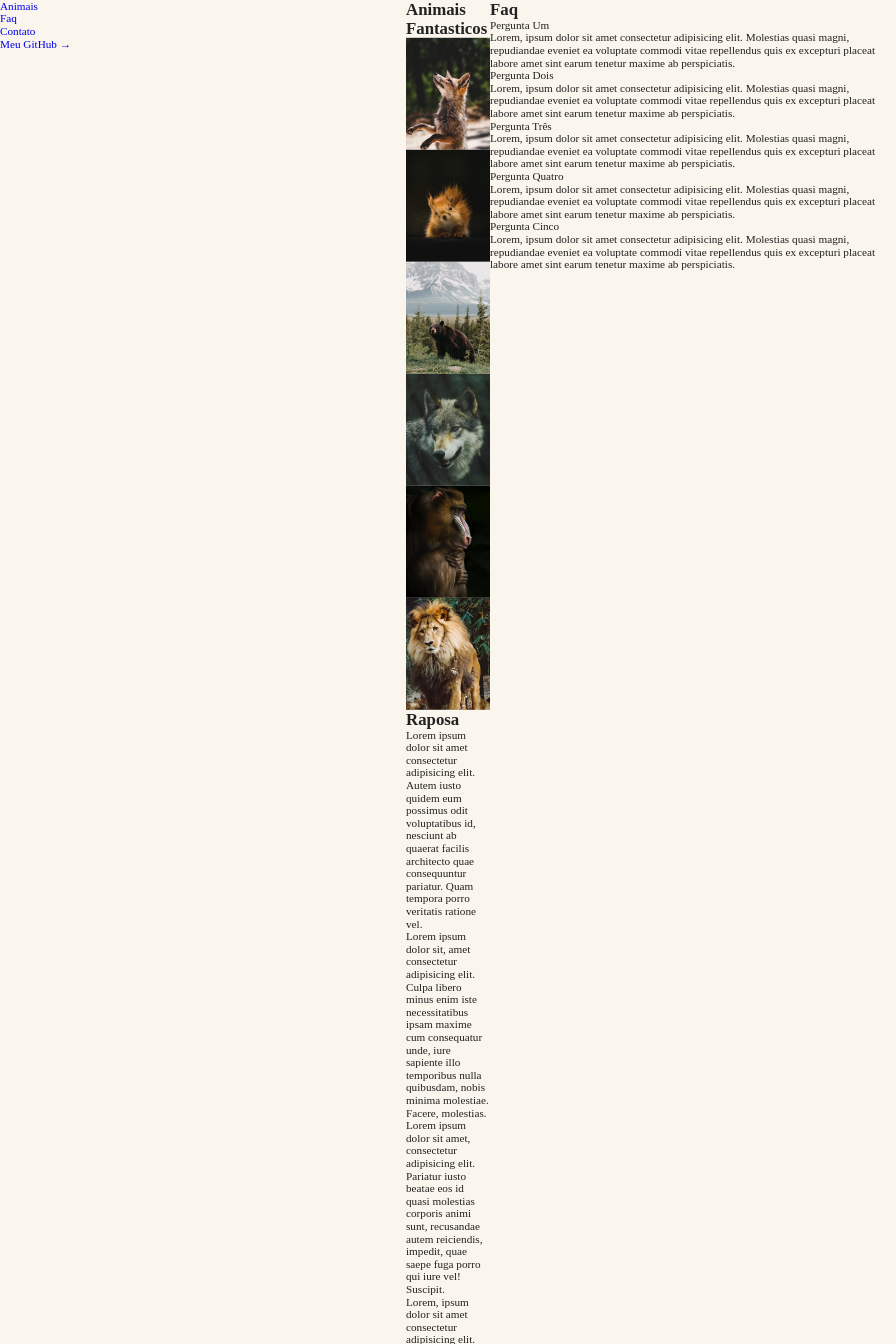
Repository: meiotera/animaisPagina
Page: index.html
These files come from the project's save history. The page is drawn as it stood at one moment and after the next save; the edit follows.
The browser window is 1280 px wide. The pictures show the part of the page from y = 0 to 1920 px (the page is 8744 px tall before and 7908 px after), at 70% of full size.

Above is the page before, as saved 2025-05-02 09:45:52.

### index.html
<!DOCTYPE html>
<html lang="en">

<head>
  <meta charset="UTF-8">
  <meta name="viewport" content="width=device-width, initial-scale=1.0">

  <link rel="stylesheet" href="css/style.css">
  <title>Animais</title>
</head>

<body>

  <nav>
    <ul>
      <li><a href="#animais">Animais</a></li>
      <li><a href="#faq">Faq</a></li>
      <li><a href="#contato">Contato</a></li>
      <li><a href="https://github.com/meiotera">Meu GitHub &rarr;</a></li>
    </ul>
  </nav>

  <section class="grid-section animais" id="animais">
    <h1 class="titulo">Animais Fantasticos</h1>

    <ul>
      <li><img src="./img/imagem1.jpg" alt=""></li>
      <li><img src="./img/imagem2.jpg" alt=""></li>
      <li><img src="./img/imagem3.jpg" alt=""></li>
      <li><img src="./img/imagem4.jpg" alt=""></li>
      <li><img src="./img/imagem5.jpg" alt=""></li>
      <li><img src="./img/imagem6.jpg" alt=""></li>
    </ul>

    <div class="animais-descricao">
      <section>
        <h2>Raposa</h2>
        <p>Lorem ipsum dolor sit amet consectetur adipisicing elit. Autem iusto quidem eum possimus odit voluptatibus id, nesciunt ab quaerat facilis architecto quae consequuntur pariatur. Quam tempora porro veritatis ratione vel.</p>
        <p>Lorem ipsum dolor sit, amet consectetur adipisicing elit. Culpa libero minus enim iste necessitatibus ipsam maxime cum consequatur unde, iure sapiente illo temporibus nulla quibusdam, nobis minima molestiae. Facere, molestias.</p>
        <p>Lorem ipsum dolor sit amet, consectetur adipisicing elit. Pariatur iusto beatae eos id quasi molestias corporis animi sunt, recusandae autem reiciendis, impedit, quae saepe fuga porro qui iure vel! Suscipit.</p>
        <p>Lorem, ipsum dolor sit amet consectetur adipisicing elit. Quo iusto repellendus, perferendis deserunt eaque atque, sint numquam in quibusdam voluptatem aut quidem error et fuga mollitia quasi. Non, dignissimos corporis?</p>
      </section>

      <section>
        <h2>Esquilo</h2>
        <p>Lorem ipsum dolor sit amet consectetur adipisicing elit. Autem iusto quidem eum possimus odit voluptatibus id, nesciunt ab quaerat facilis architecto quae consequuntur pariatur. Quam tempora porro veritatis ratione vel.</p>
        <p>Lorem ipsum dolor sit, amet consectetur adipisicing elit. Culpa libero minus enim iste necessitatibus ipsam maxime cum consequatur unde, iure sapiente illo temporibus nulla quibusdam, nobis minima molestiae. Facere, molestias.</p>
        <p>Lorem ipsum dolor sit amet, consectetur adipisicing elit. Pariatur iusto beatae eos id quasi molestias corporis animi sunt, recusandae autem reiciendis, impedit, quae saepe fuga porro qui iure vel! Suscipit.</p>
        <p>Lorem, ipsum dolor sit amet consectetur adipisicing elit. Quo iusto repellendus, perferendis deserunt eaque atque, sint numquam in quibusdam voluptatem aut quidem error et fuga mollitia quasi. Non, dignissimos corporis?</p>
      </section>

      <section>
        <h2>Urso</h2>
        <p>Lorem ipsum dolor sit amet consectetur adipisicing elit. Autem iusto quidem eum possimus odit voluptatibus id, nesciunt ab quaerat facilis architecto quae consequuntur pariatur. Quam tempora porro veritatis ratione vel.</p>
        <p>Lorem ipsum dolor sit, amet consectetur adipisicing elit. Culpa libero minus enim iste necessitatibus ipsam maxime cum consequatur unde, iure sapiente illo temporibus nulla quibusdam, nobis minima molestiae. Facere, molestias.</p>
        <p>Lorem ipsum dolor sit amet, consectetur adipisicing elit. Pariatur iusto beatae eos id quasi molestias corporis animi sunt, recusandae autem reiciendis, impedit, quae saepe fuga porro qui iure vel! Suscipit.</p>
        <p>Lorem, ipsum dolor sit amet consectetur adipisicing elit. Quo iusto repellendus, perferendis deserunt eaque atque, sint numquam in quibusdam voluptatem aut quidem error et fuga mollitia quasi. Non, dignissimos corporis?</p>
      </section>

      <section>
        <h2>Lobo</h2>
        <p>Lorem ipsum dolor sit amet consectetur adipisicing elit. Autem iusto quidem eum possimus odit voluptatibus id, nesciunt ab quaerat facilis architecto quae consequuntur pariatur. Quam tempora porro veritatis ratione vel.</p>
        <p>Lorem ipsum dolor sit, amet consectetur adipisicing elit. Culpa libero minus enim iste necessitatibus ipsam maxime cum consequatur unde, iure sapiente illo temporibus nulla quibusdam, nobis minima molestiae. Facere, molestias.</p>
        <p>Lorem ipsum dolor sit amet, consectetur adipisicing elit. Pariatur iusto beatae eos id quasi molestias corporis animi sunt, recusandae autem reiciendis, impedit, quae saepe fuga porro qui iure vel! Suscipit.</p>
        <p>Lorem, ipsum dolor sit amet consectetur adipisicing elit. Quo iusto repellendus, perferendis deserunt eaque atque, sint numquam in quibusdam voluptatem aut quidem error et fuga mollitia quasi. Non, dignissimos corporis?</p>
      </section>

      <section>
        <h2>Macaco</h2>
        <p>Lorem ipsum dolor sit amet consectetur adipisicing elit. Autem iusto quidem eum possimus odit voluptatibus id, nesciunt ab quaerat facilis architecto quae consequuntur pariatur. Quam tempora porro veritatis ratione vel.</p>
        <p>Lorem ipsum dolor sit, amet consectetur adipisicing elit. Culpa libero minus enim iste necessitatibus ipsam maxime cum consequatur unde, iure sapiente illo temporibus nulla quibusdam, nobis minima molestiae. Facere, molestias.</p>
        <p>Lorem ipsum dolor sit amet, consectetur adipisicing elit. Pariatur iusto beatae eos id quasi molestias corporis animi sunt, recusandae autem reiciendis, impedit, quae saepe fuga porro qui iure vel! Suscipit.</p>
        <p>Lorem, ipsum dolor sit amet consectetur adipisicing elit. Quo iusto repellendus, perferendis deserunt eaque atque, sint numquam in quibusdam voluptatem aut quidem error et fuga mollitia quasi. Non, dignissimos corporis?</p>
      </section>

      <section>
        <h2>Leão</h2>
        <p>Lorem ipsum dolor sit amet consectetur adipisicing elit. Autem iusto quidem eum possimus odit voluptatibus id, nesciunt ab quaerat facilis architecto quae consequuntur pariatur. Quam tempora porro veritatis ratione vel.</p>
        <p>Lorem ipsum dolor sit, amet consectetur adipisicing elit. Culpa libero minus enim iste necessitatibus ipsam maxime cum consequatur unde, iure sapiente illo temporibus nulla quibusdam, nobis minima molestiae. Facere, molestias.</p>
        <p>Lorem ipsum dolor sit amet, consectetur adipisicing elit. Pariatur iusto beatae eos id quasi molestias corporis animi sunt, recusandae autem reiciendis, impedit, quae saepe fuga porro qui iure vel! Suscipit.</p>
        <p>Lorem, ipsum dolor sit amet consectetur adipisicing elit. Quo iusto repellendus, perferendis deserunt eaque atque, sint numquam in quibusdam voluptatem aut quidem error et fuga mollitia quasi. Non, dignissimos corporis?</p>
      </section>
    </div>
  </section>

  <section class="grid-section faq" id="faq">
    <h2>Faq</h2>

    <dl>
      <dt>Pergunta Um</dt>
      <dd>Lorem, ipsum dolor sit amet consectetur adipisicing elit. Molestias quasi magni, repudiandae eveniet ea voluptate commodi vitae repellendus quis ex excepturi placeat labore amet sint earum tenetur maxime ab perspiciatis.</dd>

      <dt>Pergunta Dois</dt>
      <dd>Lorem, ipsum dolor sit amet consectetur adipisicing elit. Molestias quasi magni, repudiandae eveniet ea voluptate commodi vitae repellendus quis ex excepturi placeat labore amet sint earum tenetur maxime ab perspiciatis.</dd>

      <dt>Pergunta Três</dt>
      <dd>Lorem, ipsum dolor sit amet consectetur adipisicing elit. Molestias quasi magni, repudiandae eveniet ea voluptate commodi vitae repellendus quis ex excepturi placeat labore amet sint earum tenetur maxime ab perspiciatis.</dd>

      <dt>Pergunta Quatro</dt>
      <dd>Lorem, ipsum dolor sit amet consectetur adipisicing elit. Molestias quasi magni, repudiandae eveniet ea voluptate commodi vitae repellendus quis ex excepturi placeat labore amet sint earum tenetur maxime ab perspiciatis.</dd>

      <dt>Pergunta Cinco</dt>
      <dd>Lorem, ipsum dolor sit amet consectetur adipisicing elit. Molestias quasi magni, repudiandae eveniet ea voluptate commodi vitae repellendus quis ex excepturi placeat labore amet sint earum tenetur maxime ab perspiciatis.</dd>
    </dl>
  </section>

  <section class="grid-section contato" id="contato">
    <h2>Contato</h2>

    <div class="mapa">
      <img src="img/mapa.png" alt="mapa">
    </div>

    <ul class="dados">
      <li>renan.programador@outlook.com</li>
      <li>+55(84) 9 99999999</li>
      <li>Rua do conde, nº 21</li>
      <li>Mossoró - RN</li>
    </ul>
  </section>


  <footer class="footer copy">
    <p>todos os direitos reservados.</p>
  </footer>
  <script src="script.js"></script>
</body>

</html>

### css/style.css
body,
h1,
h2,
h3,
ul,
li,
p,
dd,
dt,
dl,
a {
  margin: 0;
  padding: 0;
  list-style: none;
  text-decoration: none;
}

img {
  display: block;
  max-width: 100%;
}

body {
  background-color: #faf6ed;
  color: #222;
  display: grid;
  grid-template-columns: 1fr 120px 1fr;
}

Loaded but not shown: script.js (no copy from this time; the picture is the same without it)

After the next save:
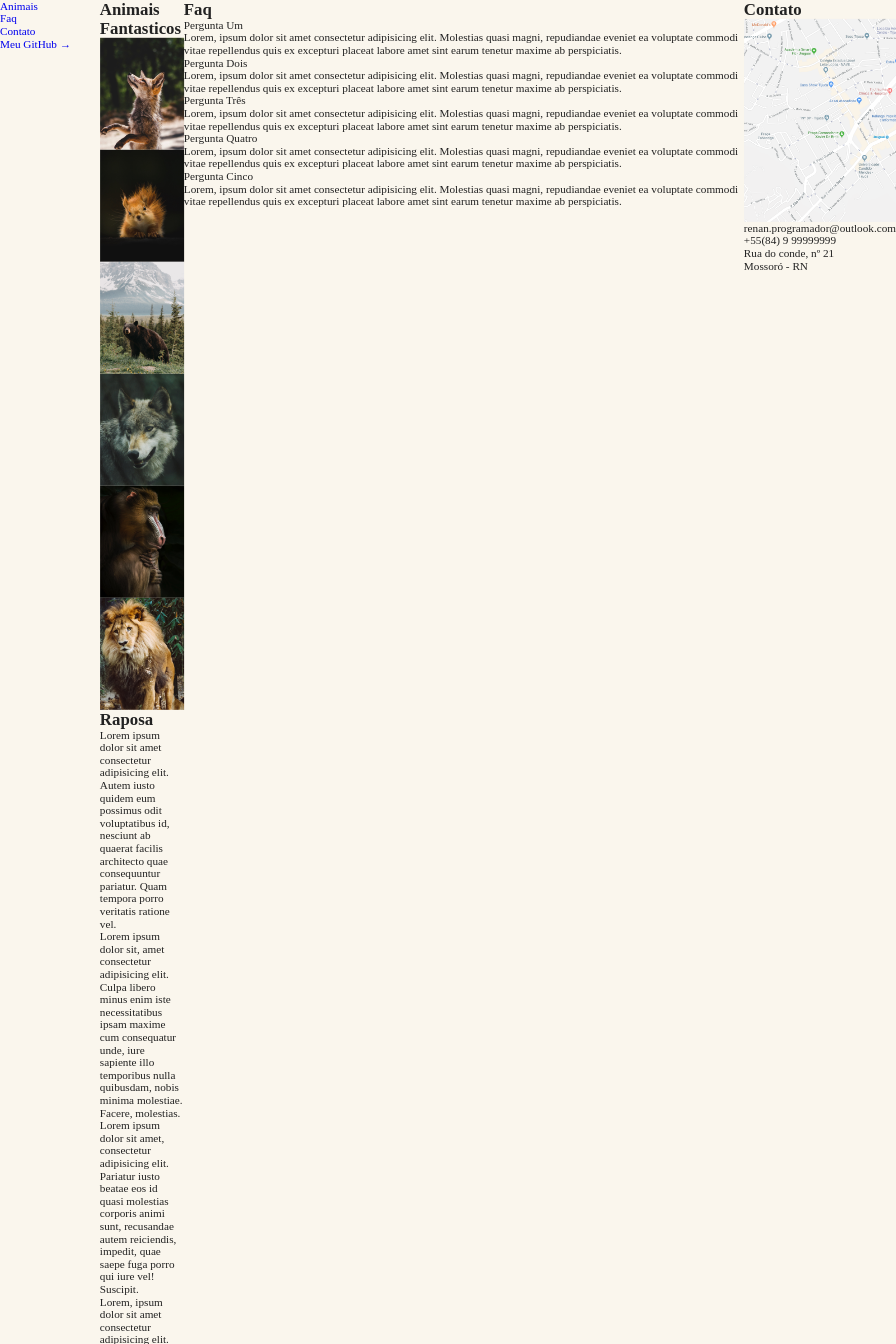
Saved 13 s later.
--- a/css/style.css
+++ b/css/style.css
@@ -24,5 +24,5 @@
   background-color: #faf6ed;
   color: #222;
   display: grid;
-  grid-template-columns: 1fr 120px 1fr;
+  grid-template-columns: 1fr 120px minmax(300px, 800px) 1fr;
 }
